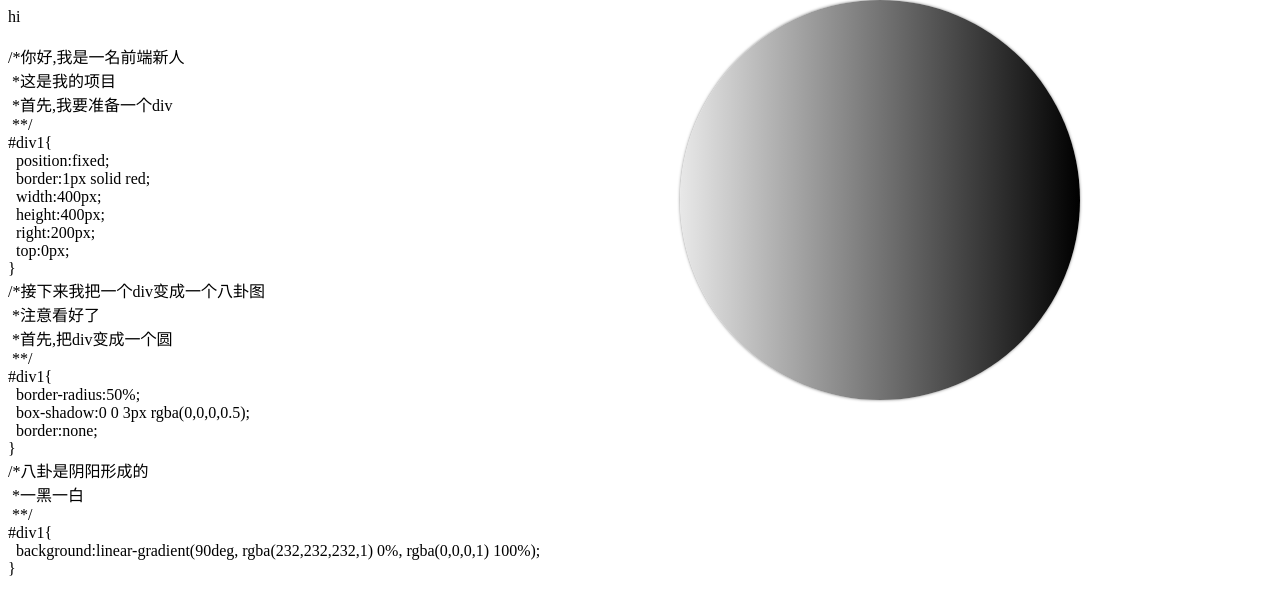
Repository: chenguocan/JS_cv
Page: index.html
The author's editor kept a copy of each file at every save. The page is drawn from the files as they stood at one save, then again after the next save.
The browser window is 1280 px wide. The pictures show the whole page.

Above is the page before, as saved 2020-07-29 15:31:00.

### index.html
<!DOCTYPE html>
<html lang="en">
  <head>
    <meta charset="UTF-8" />
    <meta name="viewport" content="width=device-width, initial-scale=1.0" />
    <title>Document</title>
  </head>
  <body>
    hi
    <style id="style"></style>
    <div id="demo"></div>
    <div id="div1"></div>
    <script src="./main.js"></script>
  </body>
</html>

### main.js
let demo = document.querySelector("#demo");
let style = document.querySelector("#style");
let n = 0;
//添加注释,才不会影响CSS的样式。
let string = `
/*你好,我是一名前端新人
 *这是我的项目
 *首先,我要准备一个div
 **/
#div1{
  position:fixed;
  border:1px solid red;
  width:400px;
  height:400px;
  right:200px;
  top:0px;
}
/*接下来我把一个div变成一个八卦图
 *注意看好了
 *首先,把div变成一个圆
 **/
#div1{
  border-radius:50%;
  box-shadow:0 0 3px rgba(0,0,0,0.5);
  border:none;
}
/*八卦是阴阳形成的
 *一黑一白
 **/
#div1{
  background:linear-gradient(90deg, rgba(232,232,232,1) 0%, rgba(0,0,0,1) 100%);
}
`;
let string2 = "";
// string = string.replace(/\n/g, "<br>"); //正则表达式表示所有回车。
let step = () => {
  setTimeout(() => {
    //如果string等于回车,通过<br>来处理
    if (string[n] === "\n") {
      string2 += "<br>";
    } else if (string[n] === " ") {
      string2 += "&nbsp;";
    } else {
      string2 += string[n];
    }
    demo.innerHTML = string2;
    style.innerHTML = string.substring(0, n);
    if (n < string.length - 1) {
      n += 1;
      step();
    }
  }, 10);
};
step();

After the next save:
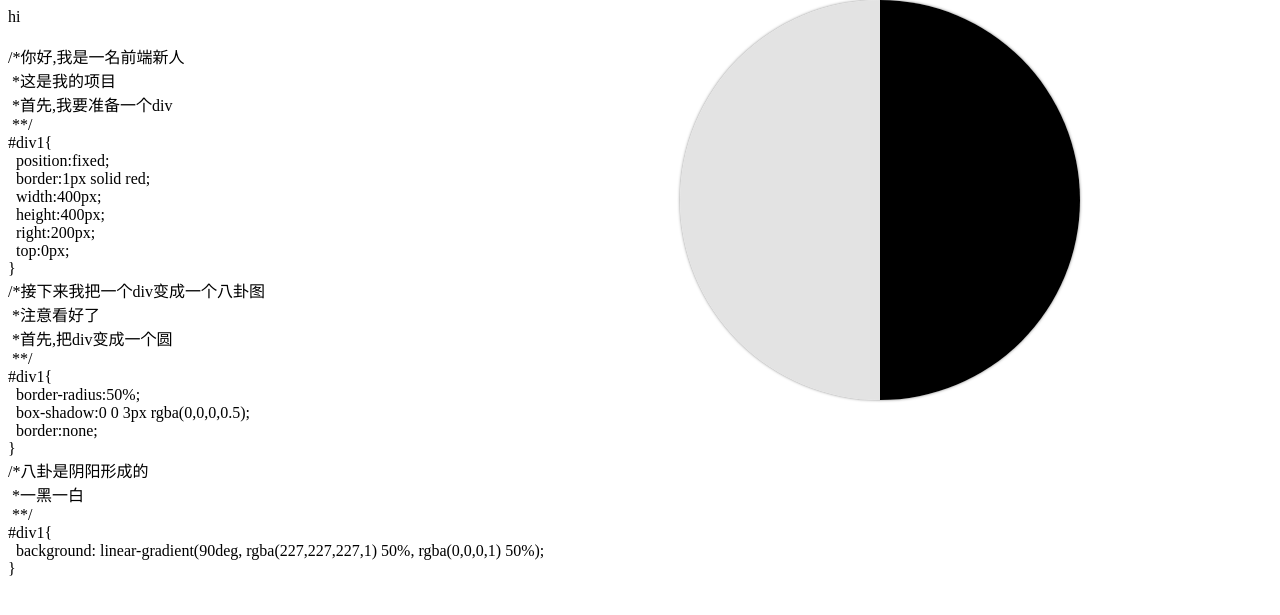
Saved 43 s later.
--- a/main.js
+++ b/main.js
@@ -28,7 +28,7 @@
  *一黑一白
  **/
 #div1{
-  background:linear-gradient(90deg, rgba(232,232,232,1) 0%, rgba(0,0,0,1) 100%);
+  background: linear-gradient(90deg, rgba(227,227,227,1) 50%, rgba(0,0,0,1) 50%);
 }
 `;
 let string2 = "";
